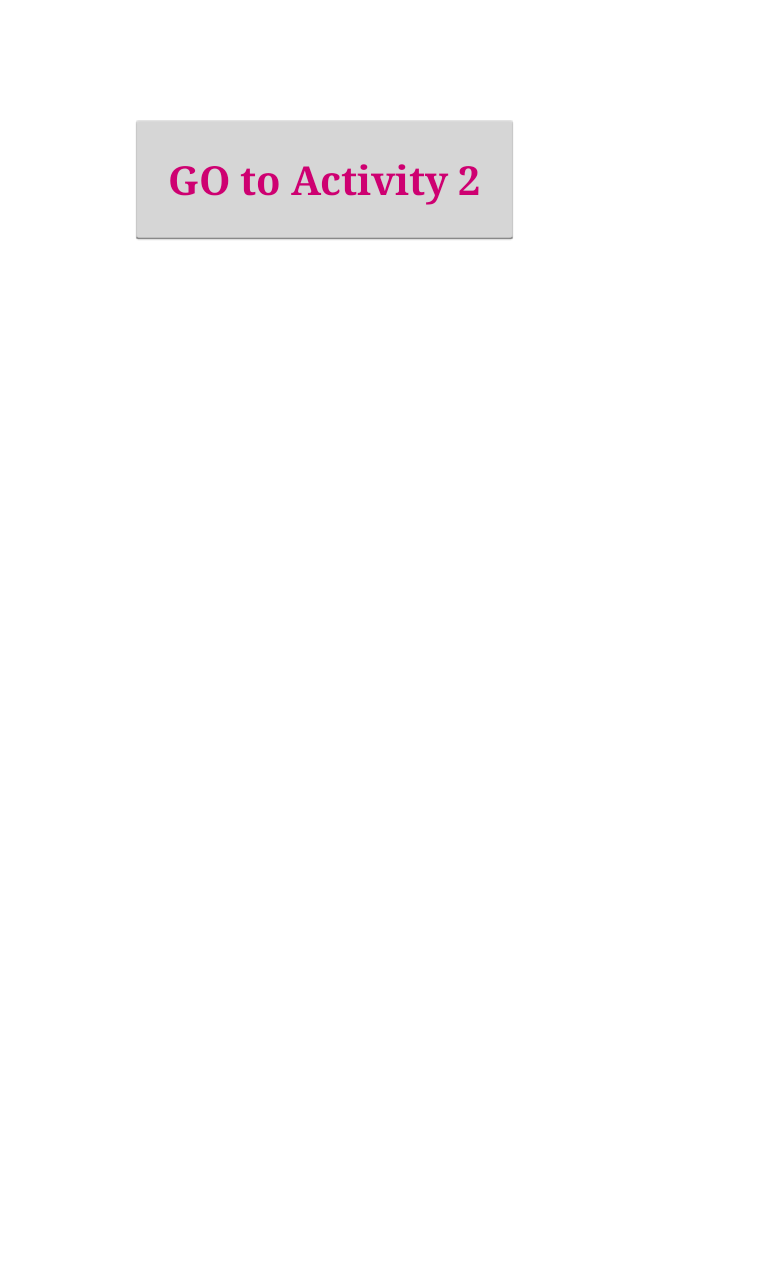
Repository: EnjoyWorkTrue/Spring2014
Layout: CMP464/Assignment3/res/layout/activity_main.xml
These files come from the project's save history. The layout is drawn as it stood at one moment and after the next save; the edit follows.
It is drawn on a 768 x 1280 px phone screen (xhdpi) without system bars, with theme AppTheme; the app's code is not run.

Above is the layout before, as saved 2014-02-25 19:45:33.

### CMP464/Assignment3/res/layout/activity_main.xml
<RelativeLayout xmlns:android="http://schemas.android.com/apk/res/android"
    xmlns:tools="http://schemas.android.com/tools"
    android:layout_width="match_parent"
    android:layout_height="match_parent"
    android:paddingBottom="@dimen/activity_vertical_margin"
    android:paddingLeft="@dimen/activity_horizontal_margin"
    android:paddingRight="@dimen/activity_horizontal_margin"
    android:paddingTop="@dimen/activity_vertical_margin"
    tools:context=".MainActivity" >

    <Button
        android:id="@+id/button1"
        android:layout_width="wrap_content"
        android:layout_height="wrap_content"
        android:layout_alignParentLeft="true"
        android:layout_alignParentTop="true"
        android:layout_marginLeft="48dp"
        android:layout_marginTop="40dp"
        android:text="GO to Activity 2"
        android:textSize="20sp"
        android:textColor="#CE0071"
        android:textStyle="bold"
        android:padding="20dp"
        android:typeface="serif"/>

    "

</RelativeLayout>

Loaded but not shown: CMP464/Assignment3/res/values/styles.xml (common file); CMP464/Assignment3/res/values-v11/styles.xml (common file); CMP464/Assignment3/res/values-v14/styles.xml (common file); CMP464/Assignment3/res/values/dimens.xml (common file)

After the next save:
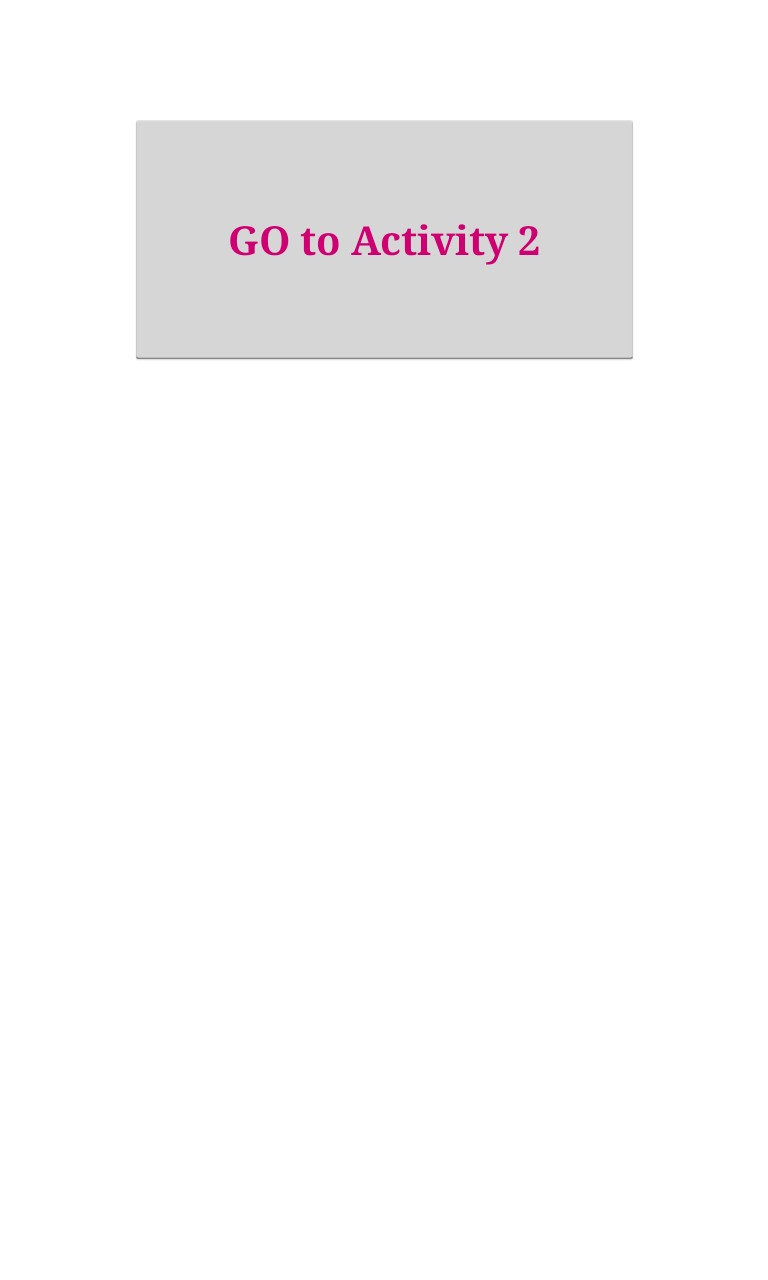
Saved 12 s later.
--- a/CMP464/Assignment3/res/layout/activity_main.xml
+++ b/CMP464/Assignment3/res/layout/activity_main.xml
@@ -20,7 +20,7 @@
         android:textSize="20sp"
         android:textColor="#CE0071"
         android:textStyle="bold"
-        android:padding="20dp"
+        android:padding="50dp"
         android:typeface="serif"/>
 
     "

After the save that followed:
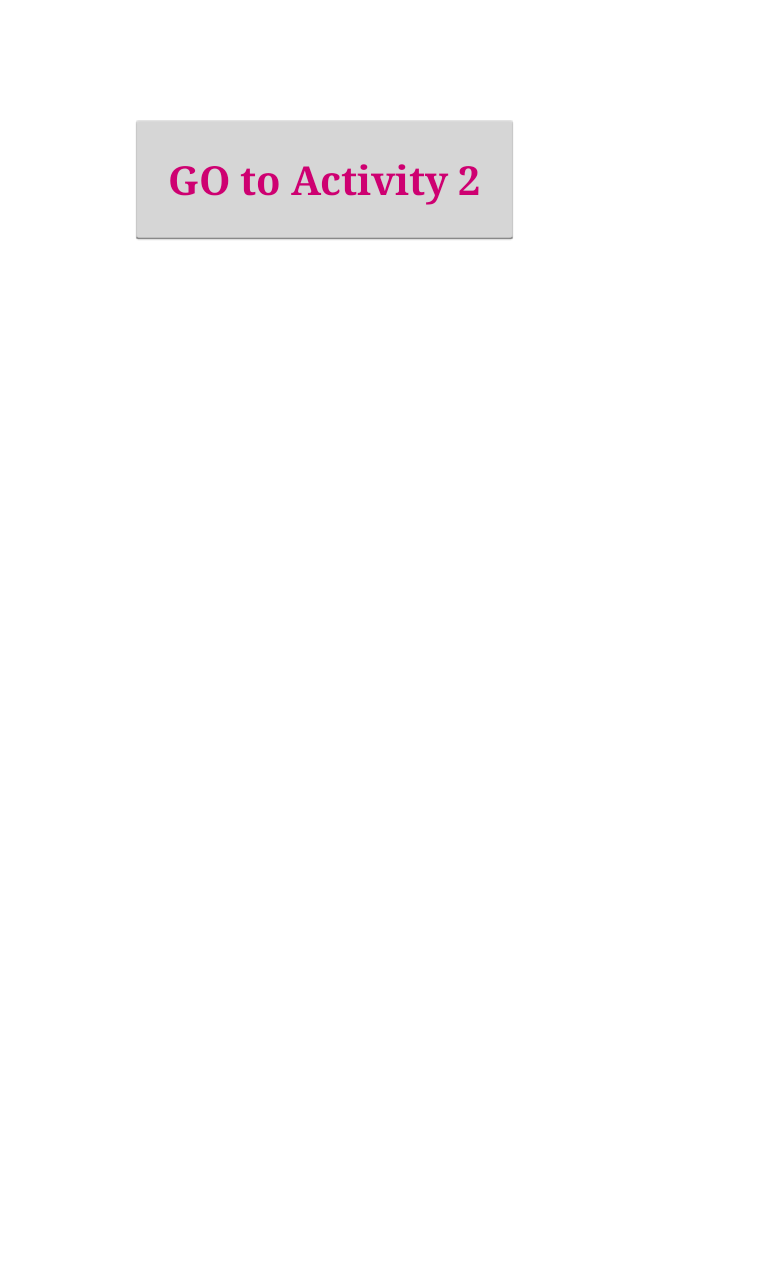
Saved 9 s later.
--- a/CMP464/Assignment3/res/layout/activity_main.xml
+++ b/CMP464/Assignment3/res/layout/activity_main.xml
@@ -20,7 +20,7 @@
         android:textSize="20sp"
         android:textColor="#CE0071"
         android:textStyle="bold"
-        android:padding="50dp"
+        android:padding="20dp"
         android:typeface="serif"/>
 
     "
